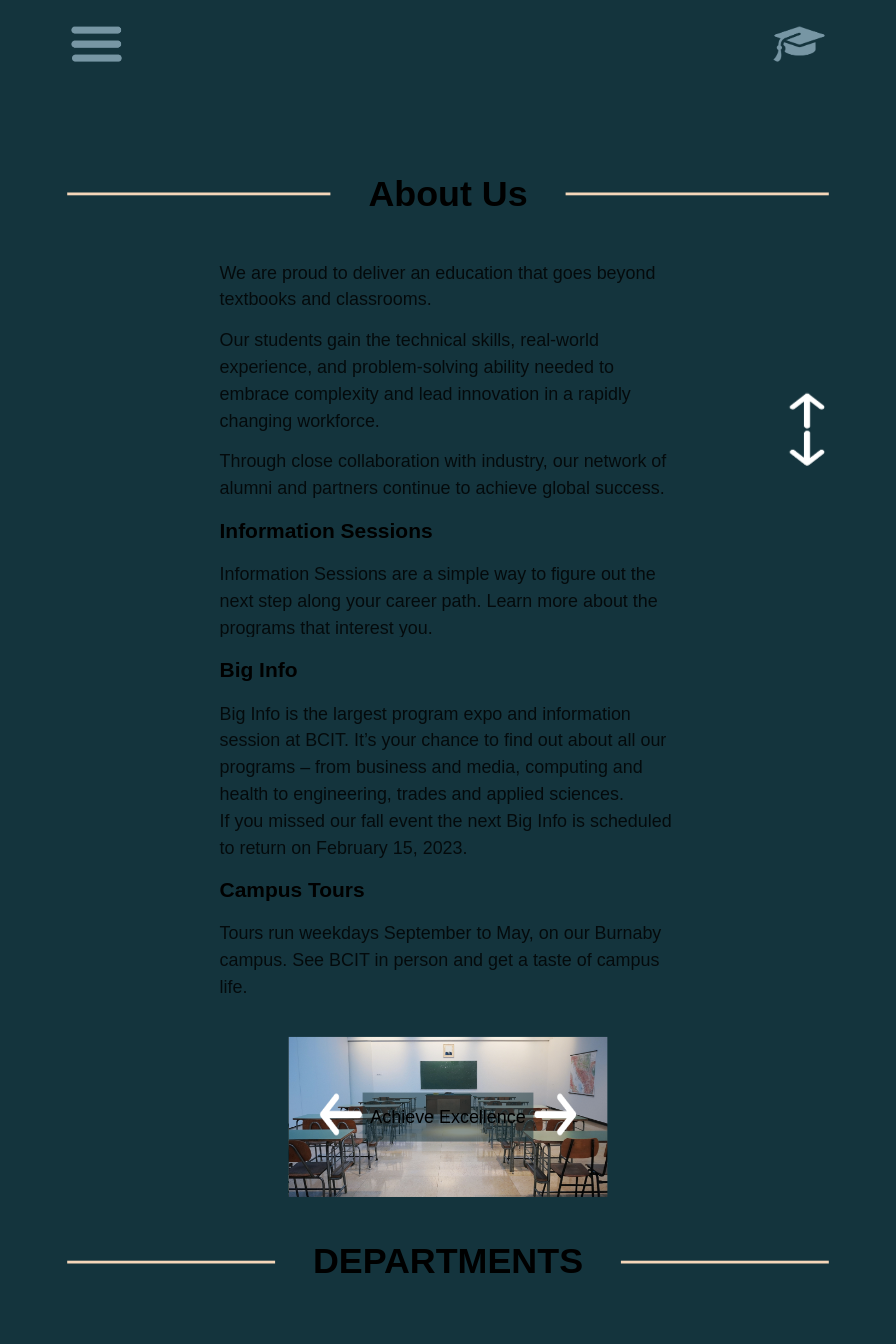
Repository: Kinakopan/playwright_bcit
Page: /about
An editor plug-in stored every save of this project. The page is shown before and after the next save, followed by the edit.
The browser window is 1280 px wide. The pictures show the part of the page from y = 0 to 1920 px (the page is 2606 px tall before and 2369 px after), at 70% of full size.
Some web fonts or font styles are not loaded; a fallback is used. The project was rebuilt for these pictures with package versions that can differ from the ones it lists, and the page was loaded fresh each time. The framework's server and built-in components were replaced by stand-ins that run in the browser. Also part of the build but not shown: next.config.js.

Above is the page before, as saved 2023-01-28 15:34:28.

After the next save:
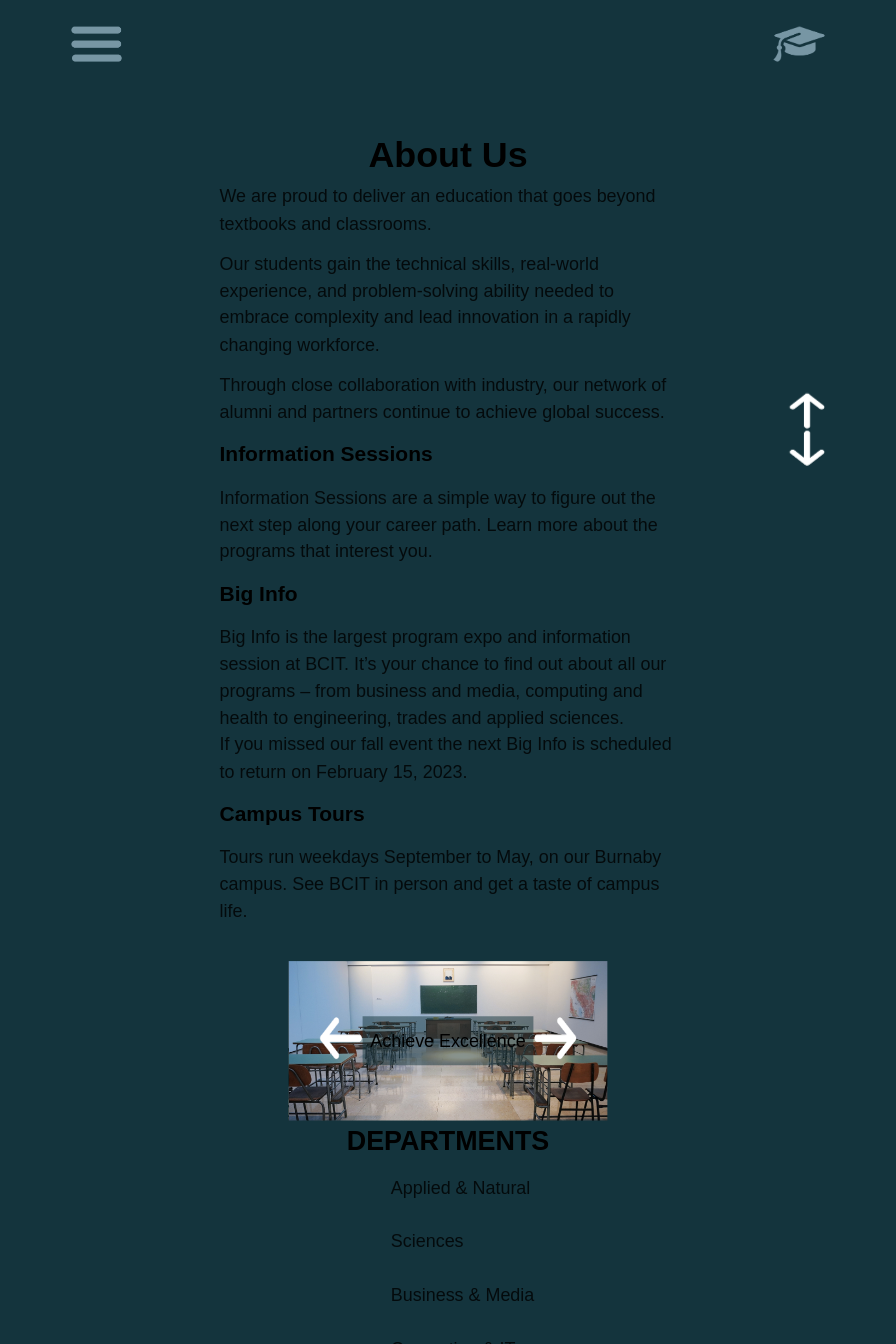
Saved 73 s later.
--- a/components/headingLine.js
+++ b/components/headingLine.js
@@ -14,7 +14,7 @@ import React from 'react';
 const HeadingLine = ({headingTag = 'h1', headingText = ''}) => {
   return (
     <>
-      {React.createElement(headingTag, {className: styles.text_heading1}, headingText)}
+      {React.createElement(headingTag, {className: styles.text_heading}, headingText)}
     </>
   );
 };

After the save that followed:
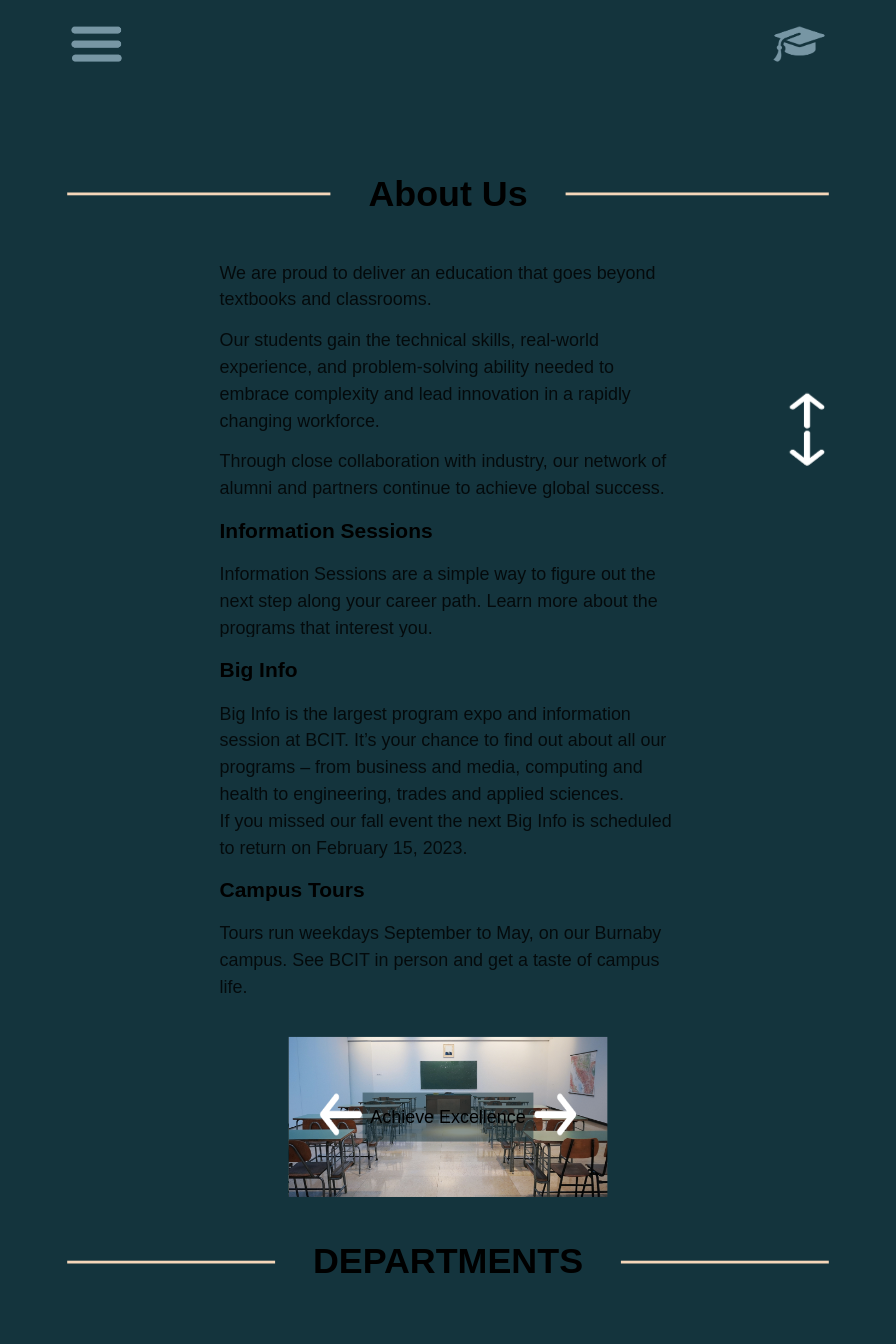
Saved 6 s later.
--- a/styles/Home.module.css
+++ b/styles/Home.module.css
@@ -377,7 +377,7 @@
   color: var(--primary-color);
 }
 
-.body_home .text_heading1 {
+.body_home .text_heading {
   font-family: 'Myriad Pro', sans-serif;
   /* font-size: 3.6rem; */
   font-size: 220%;
@@ -420,7 +420,7 @@
   background: var(--quaternary-color);
 }
 
-.body_about .text_heading1 {
+.body_about .text_heading {
   display: flex;
   font-size: 200%;
   align-items: center;
@@ -428,19 +428,19 @@
   padding: 5% 0;
 }
 
-.body_about .text_heading1:before,
-.body_about .text_heading1:after {
+.body_about .text_heading:before,
+.body_about .text_heading:after {
   content: "";
   height: 4px;
   flex-grow: 1;
   background: var(--secondary-color);
 }
 
-.body_about .text_heading1:before {
+.body_about .text_heading:before {
   margin-right: 5%;
 }
 
-.body_about .text_heading1:after {
+.body_about .text_heading:after {
   margin-left: 5%;
 }
 
